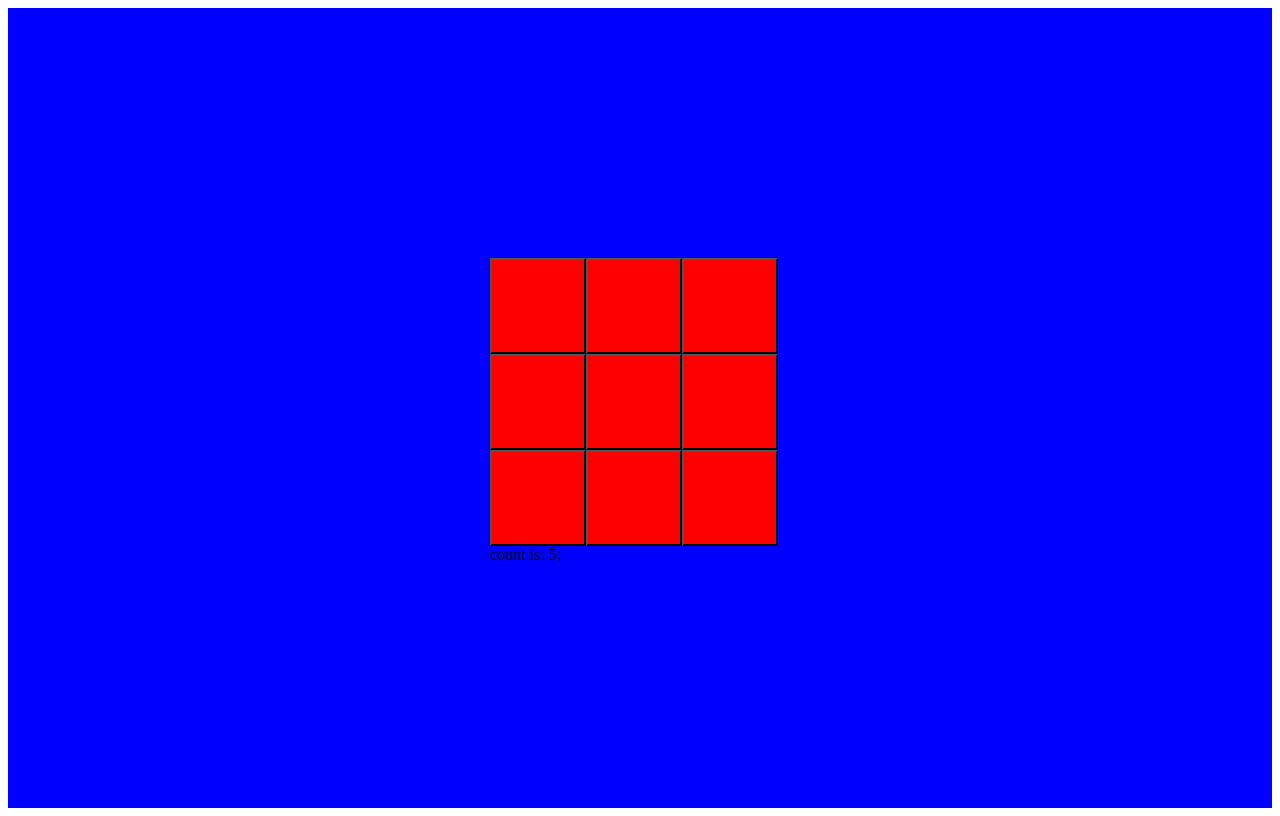
Repository: Mush-s/Folio-OX
Page: /game
The author's editor kept a copy of each file at every save. The page is drawn from the files as they stood at one save, then again after the next save.
The browser window is 1280 px wide. The pictures show the whole page.
The project was rebuilt for these pictures with package versions that can differ from the ones it lists, and the page was loaded fresh each time. Also part of the build but not shown: src/GameOver/GameOver.css, src/GameOver/GameOver.js.

Above is the page before, as saved 2022-09-02 11:09:24.

After the next save:
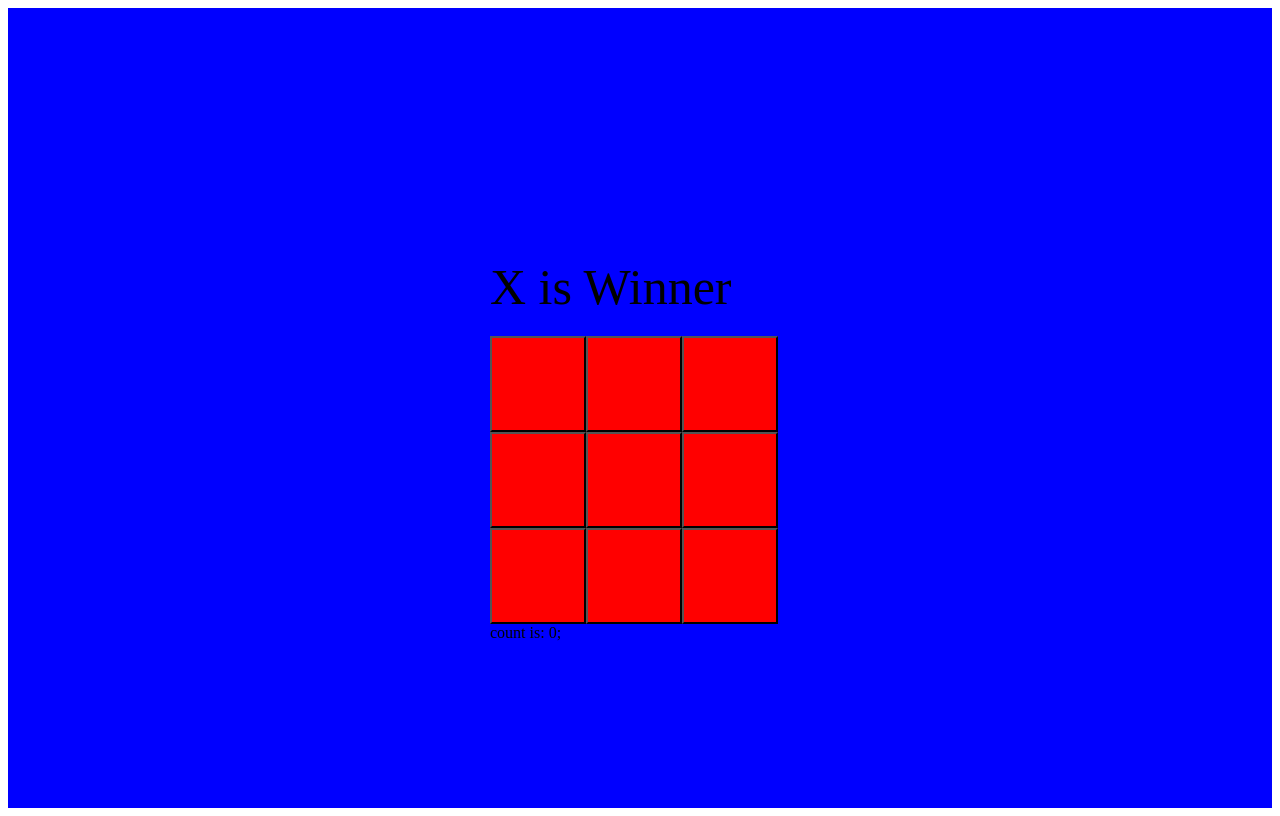
Saved 17 s later.
--- a/src/Game/Game.js
+++ b/src/Game/Game.js
@@ -29,23 +29,25 @@ const Game = () => {
     checkWin();
   });
 
+  let timer;
+  const updataCount = () => {
+    timer = setInterval(() => {
+      setTime((preC) => preC - 1);
+    }, 1000);
+
+    if (time === 0) {
+      clearInterval(timer);
+      if (player === "O") {
+        setResult("X is Winner");
+      }
+      if (player === "X") {
+        setResult("O is Winner");
+      }
+    }
+  };
+
   useEffect(() => {
-    let timer;
-    const updataCount = () => {
-      timer = setInterval(() => {
-        setTime((preC) => preC - 1);
-      }, 1000);
-
-      if (time === 0) {
-        clearInterval(timer);
-        if (player === "O") {
-          setResult("X is Winner");
-        }
-        if (player === "X") {
-          setResult("O is Winner");
-        }
-      }
-    };
+    updataCount();
     console.log(time);
     return () => clearInterval(timer);
   });
